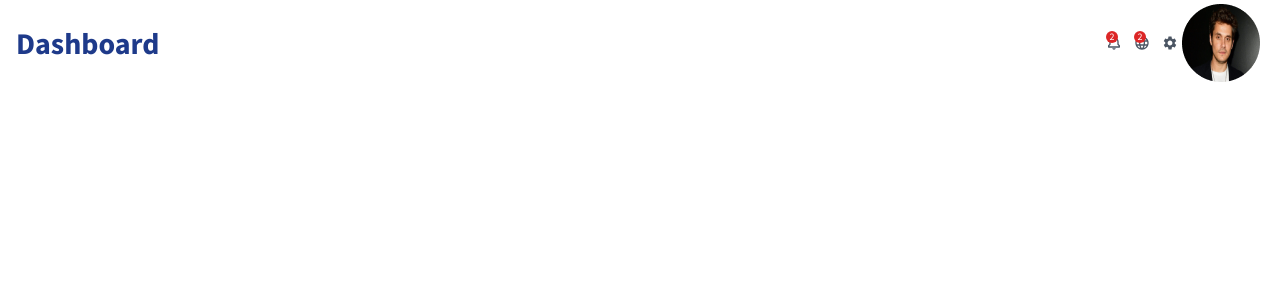
Repository: nation430/React-AdminDashboard
Page: /
These files come from the project's save history. The page is drawn as it stood at one moment and after the next save; the edit follows.
The browser window is 1280 px wide. The pictures show the whole page.
The project was rebuilt for these pictures with package versions that can differ from the ones it lists, and the page was loaded fresh each time.

Above is the page before, as saved 2022-08-12 10:29:14.

### public/index.html
<!DOCTYPE html>
<html lang="en">
  <head>
    <meta charset="utf-8" />
    <meta name="viewport" content="width=device-width, initial-scale=1" />
    <meta name="theme-color" content="#000000" />
    <meta
      name="description"
      content="Web site created using create-react-app"
    />
    <link rel="preconnect" href="https://fonts.googleapis.com" />
    <link rel="preconnect" href="https://fonts.gstatic.com" crossorigin />
    <link
      href="https://fonts.googleapis.com/css2?family=Source+Sans+Pro:wght@200;300;400;600;700&display=swap"
      rel="stylesheet"
    />

    <title>React Admin Dashboard</title>
  </head>
  <body>
    <noscript>You need to enable JavaScript to run this app.</noscript>
    <div id="root"></div>
  </body>
</html>

### src/index.css
@tailwind base;
@tailwind components;
@tailwind utilities;

*{
  margin: 0;
  font-family: 'Source Sans Pro', sans-serif;
}

### src/App.js
import Topbar from "./components/topbar/Topbar";

function App() {
  return (
    <div>
      <Topbar />
    </div>
  );
}

export default App;

### src/components/topbar/Topbar.jsx
import React from "react";
import  "./topbar.css";
import { BiBell } from 'react-icons/bi';
import { MdLanguage, MdSettings  } from "react-icons/md";


export default function Topbar () {
    return(
        <div className="topbar w-full ">
            <div className="topbarWeapper flex items-center justify-between h-full px-4 py-0">
            <div className="topLeft">
                <span className="logo font-bold text-3xl text-blue-900 cursor-pointer ...">Dashboard</span>
            </div>
            <div className="topRight flex items-center">

                {/* First icon  */}
                <div className="topbarIconsContainer relative cursor-pointer ... ml-3 text-gray-600">
                <BiBell />
                <span className="topIconBadge absolute text-white bg-red-600 right-1 -top-1 flex items-center justify-center rounded-full text-xs h-3 w-3">2</span>
                </div>

                   {/*second icon  */}
                <div className="topbarIconsContainer relative cursor-pointer ... ml-3 text-gray-600">
                <MdLanguage />
                <span className="topIconBadge absolute text-white bg-red-600 right-1 -top-1 flex items-center justify-center rounded-full text-xs h-3 w-3">2</span>
                </div>


                    {/*third icon  */}
                <div className="topbarIconsContainer relative cursor-pointer ... ml-3 text-gray-600">
                < MdSettings  />
                </div>
                <img src="images/img.png" alt="BigCo Inc. logo"  className="topAvater"/>

            </div>
            </div>
        </div>
    )

}

### src/components/topbar/topbar.css
.text-xs{
    font-size: 10px;
  }

Loaded but not shown: src/index.js (common file); tailwind.config.js (common file)

After the next save:
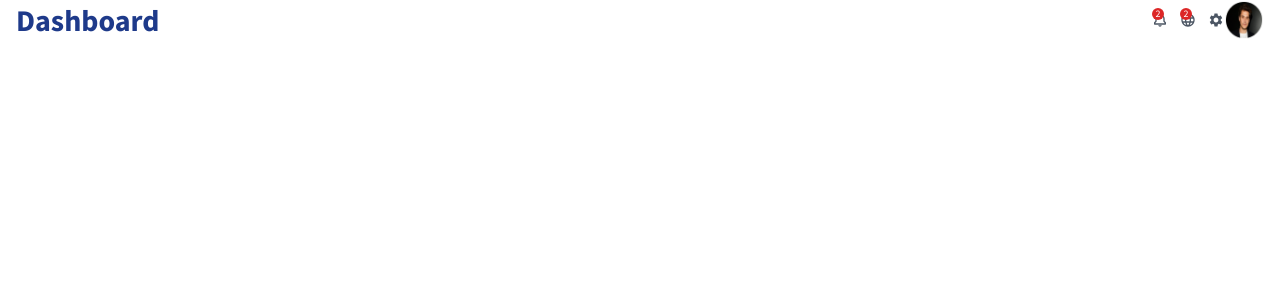
Saved 4 min 5 s later.
--- a/src/components/topbar/Topbar.jsx
+++ b/src/components/topbar/Topbar.jsx
@@ -30,7 +30,7 @@ export default function Topbar () {
                 <div className="topbarIconsContainer relative cursor-pointer ... ml-3 text-gray-600">
                 < MdSettings  />
                 </div>
-                <img src="images/img.png" alt="BigCo Inc. logo"  className="topAvater"/>
+                <img src="images/img.png" alt="BigCo Inc. logo"  className="topAvater w-10 h-19"/>
 
             </div>
             </div>
